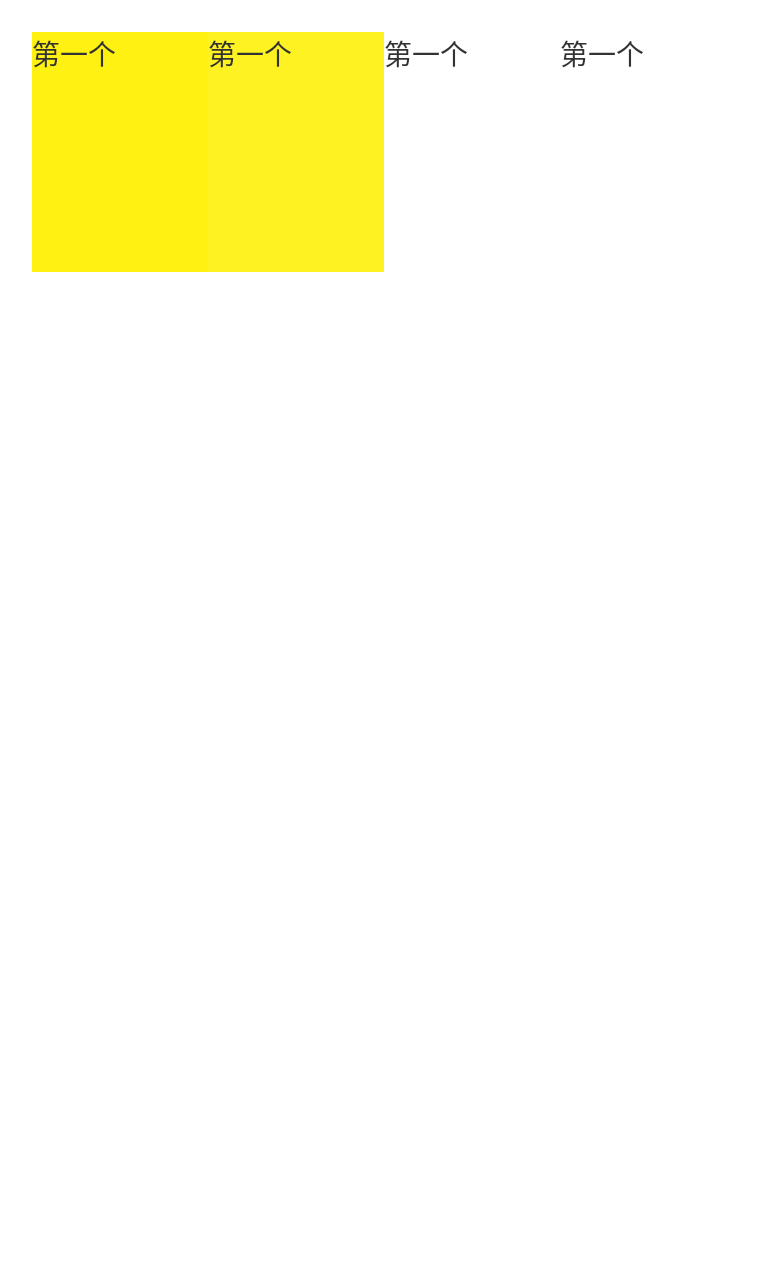
Repository: qwer2714856/Android_learn
Layout: linearylayout/res/layout/activity_main.xml
The author's editor kept a copy of each file at every save. The layout is drawn from the files as they stood at one save, then again after the next save.
It is drawn on a 768 x 1280 px phone screen (xhdpi) without system bars, with theme AppTheme; the app's code is not run.

Above is the layout before, as saved 2015-09-28 07:46:09.

After the next save:
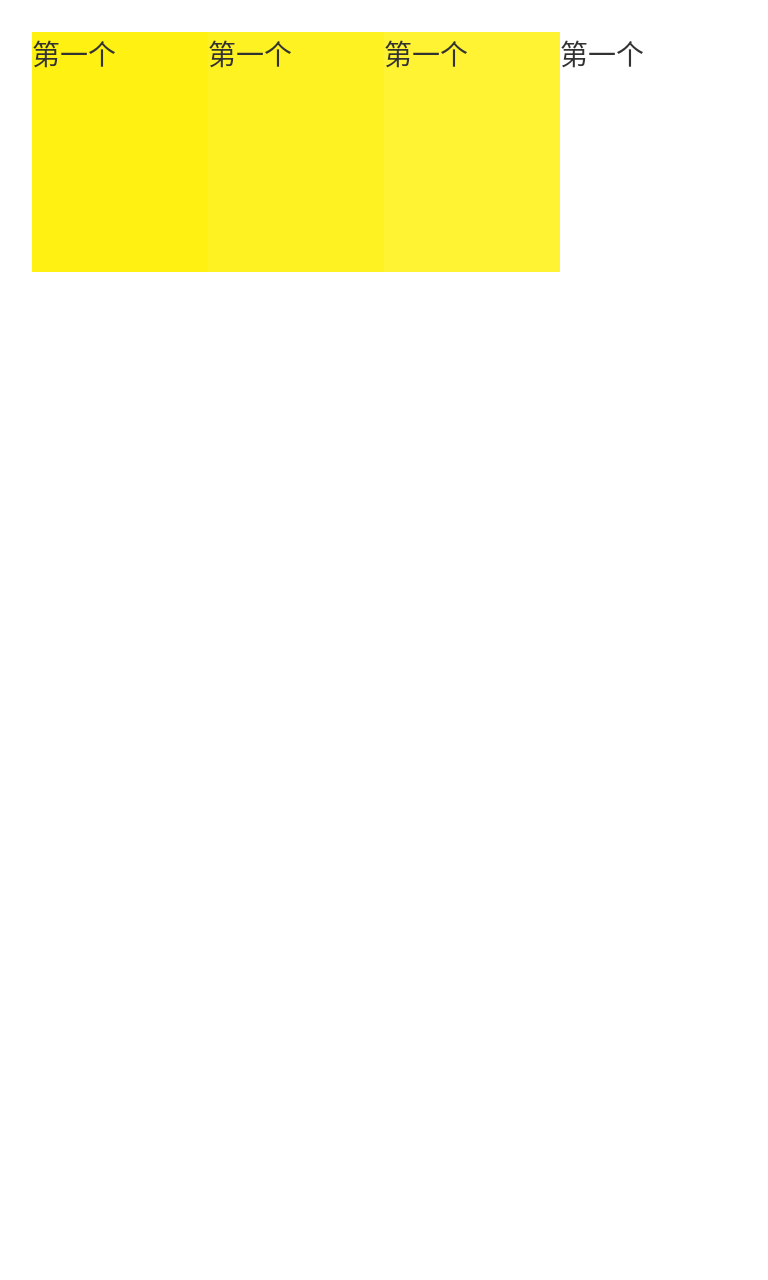
Saved 18 s later.
--- a/linearylayout/res/layout/activity_main.xml
+++ b/linearylayout/res/layout/activity_main.xml
@@ -28,6 +28,7 @@
         android:layout_height="120dp"
         android:text="第一个"
         android:layout_weight="1"
+        android:background="#fff333"
         />
 
        <TextView
